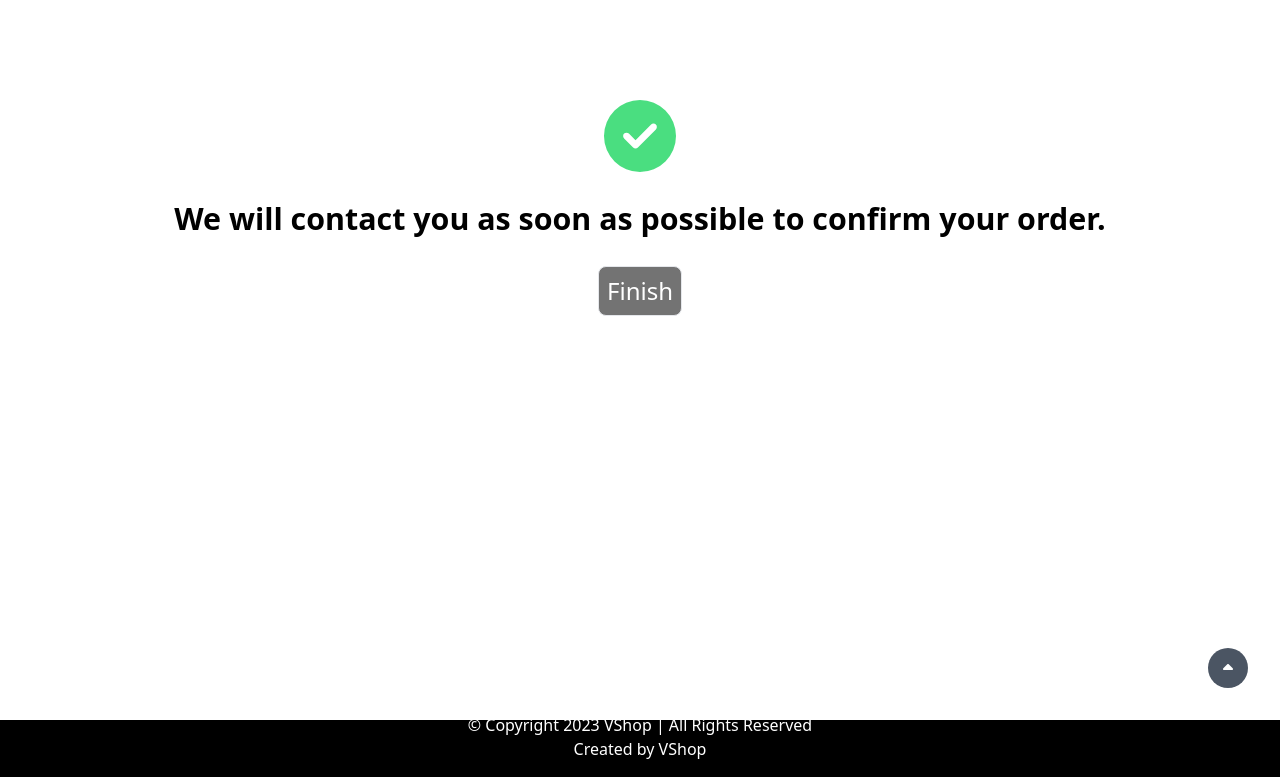
Repository: Kith933UTH/VSHOP
Page: /success
An editor plug-in stored every save of this project. The page is shown before and after the next save, followed by the edit.
The browser window is 1280 px wide. The pictures show the whole page.
Pictures or frames that could not be fetched are drawn as grey boxes. The project was rebuilt for these pictures with package versions that can differ from the ones it lists, and the page was loaded fresh each time. Also part of the build but not shown: src/components/product-item/ProductItem.js, src/components/loader/Loader.js, src/constants/constants.js, src/components/product-filters/Category.js, src/components/product-filters/Price.js, src/components/product-filters/Rating.js, src/components/product-filters/ProductFilters.js, src/components/cart-shopping/CartEmpty.js and 22 more.

Above is the page before, as saved 2023-08-05 00:23:10.

After the next save:
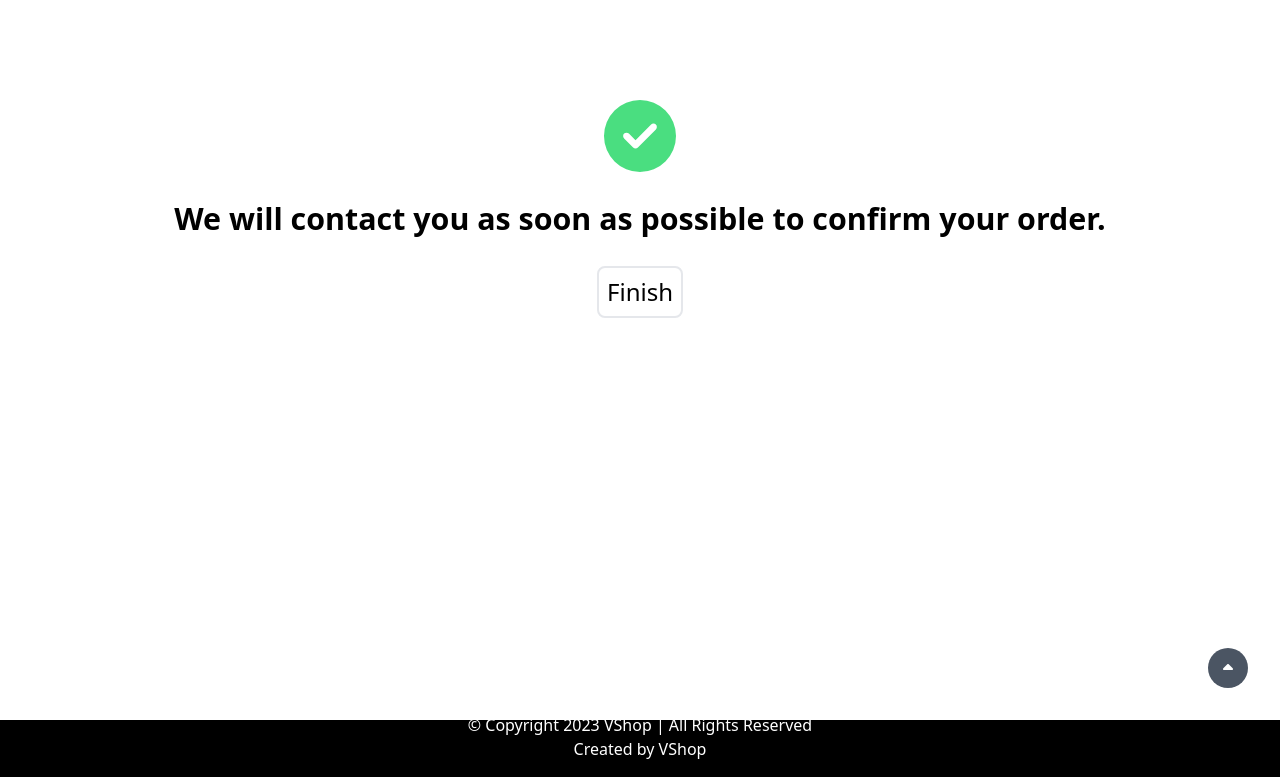
Saved 29 s later.
--- a/src/components/payment/Success.js
+++ b/src/components/payment/Success.js
@@ -11,7 +11,7 @@ export function Success({login}) {
             <FontAwesomeIcon icon={faCircleCheck} className='text-7xl text-green-400'/>
             <h2 className="py-6">We will contact you as soon as possible to confirm your order.</h2>
             <footer>
-                <button className="text-2xl p-2 border rounded-lg bg-neutral-500 text-white" onClick={() => navigate(-2)}>Finish</button>
+                <button className="text-2xl p-2 border-2 rounded-lg" onClick={() => navigate(-2)}>Finish</button>
             </footer>
             </div>
         </div>
